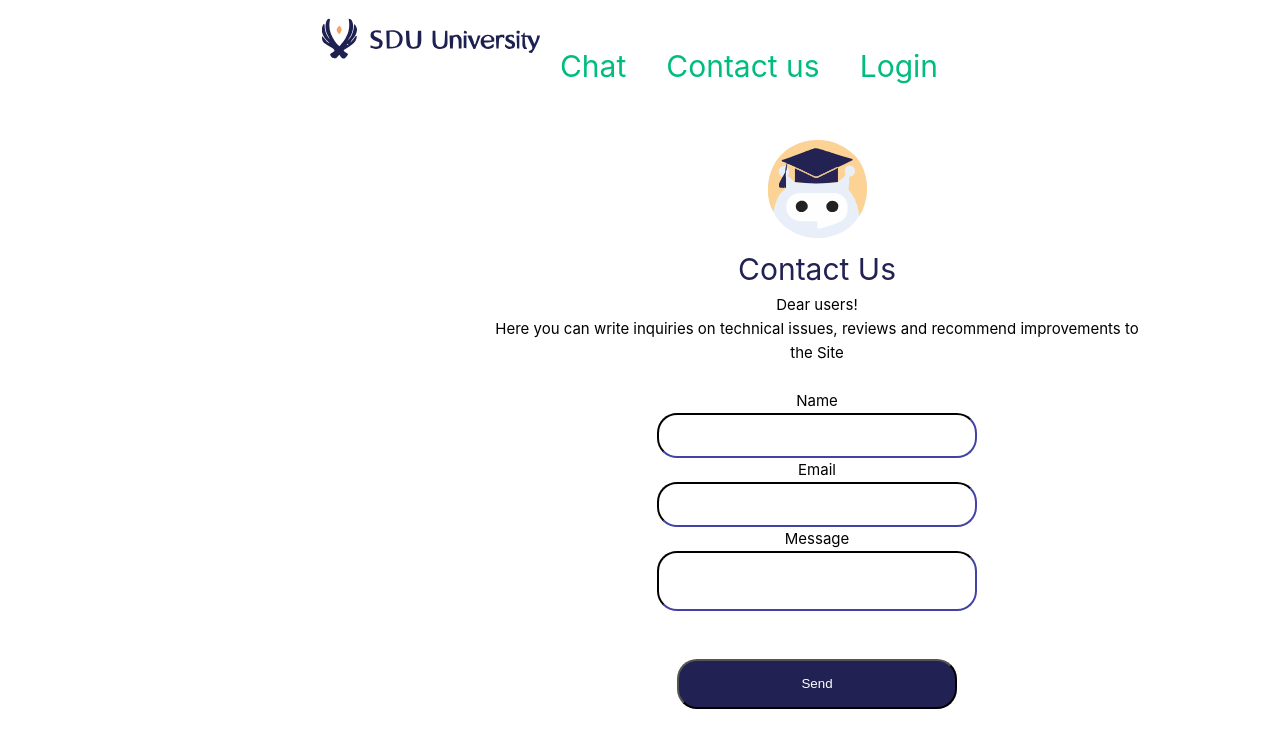
Repository: tolepbekova/Community_v.l
Page: /contact
These files come from the project's save history. The page is drawn as it stood at one moment and after the next save; the edit follows.
The browser window is 1280 px wide. The pictures show the whole page.
The project was rebuilt for these pictures with package versions that can differ from the ones it lists, and the page was loaded fresh each time. Also part of the build but not shown: vite.config.js, src/components/HelloWorld.vue, src/views/Login.vue. Imported but missing from the stored project, and not drawn on this page: src/views/Change.vue.

Above is the page before, as saved 2024-05-10 03:20:12.

### src/App.vue
<script setup>
import HelloWorld from './components/HelloWorld.vue'
import router from './router/index.js'
import './assets/base.css'
</script>

<template>
    <div id="app">
        <v-app id="header">
            <v-card color="grey lighten-4" flat height="100px" tile>
                <v-toolbar dense>

                    <a href="about.html"><img class="logo" src="../src/assets/logo/log.svg"></a>

                    <v-spacer></v-spacer>

                    <span><router-link to="/getstart">Chat</router-link></span>
                        <span><router-link to="/contact">Contact us</router-link></span>
                        <span><router-link to="/auth">Login</router-link></span>


                </v-toolbar>
            </v-card>
        </v-app>
         <router-view />
    </div>

</template>

<style>
#app {
    display: flex;

}

#header {
    display: flex;
    width: 100%;
    flex-direction: column;
    align-items: center;
    justify-content: space-between;
    position: fixed;
    margin-left: 0px;
    margin-right: 0px;
    margin-top: 0px;
}

#header img {
    width: 218px;
    height: 77px;
}

#navbar {
    display: flex;
    align-items: center;
    justify-content: center;
}
span  {
    list-style: none;
    padding: 0 20px;
    text-decoration: none;
    font-size: 30px;
    color: rgba(33, 33, 83, 1);
    transition: 0.3s ease;
}

#navbar li :hover {
    color: rgb(237, 237, 167);
}
</style>

### src/router/index.js
import Vue from 'vue'
import VueRouter from 'vue-router'
import Login from '../views/Login.vue'

Vue.use(VueRouter)

const router = new VueRouter({
  mode: 'history',
  base: import.meta.env.BASE_URL,
  routes: [
    {
      path: '/login',
      name: 'login',
      component: Login
    },
    {
      path: '/getstart',
      name: 'getstart',
      // route level code-splitting
      // this generates a separate chunk (About.[hash].js) for this route
      // which is lazy-loaded when the route is visited.
      component: () => import('../views/AboutView.vue')
    },
    {
      path: '/home',
      name: 'Home',
      // route level code-splitting
      // this generates a separate chunk (About.[hash].js) for this route
      // which is lazy-loaded when the route is visited.
      component: () => import('../views/About.vue')
    },
    {
      path: '/sign',
      name: 'signin',
      component: () => import('../views/Signin.vue')
    },
    {
      path: '/contact',
      name: 'contact',
      component: () => import('../views/Contact.vue')
    },
    {
      path: '/auth',
      name: 'auth',
      component: () => import('../views/Auth.vue')
    },
    {
      path: '/change',
      name: 'change',
      component: () => import('../views/Change.vue')
    },
    {
      path: '/auth',
      name: 'auth',
      component: () => import('../views/Auth.vue')
    },

  ]
})

export default router

### src/assets/main.css
@import "./base.css";

#app {

  font-weight: normal;
}

a,
.green {
  text-decoration: none;
  color: hsla(160, 100%, 37%, 1);
  transition: 0.4s;
}

@media (hover: hover) {
  a:hover {
    background-color: hsla(160, 100%, 37%, 0.2);
  }
}

@media (min-width: 1024px) {
  body {
    display: flex;
    place-items: center;
  }

  #app {
    display: grid;
    grid-template-columns: 1fr 1fr;
    padding: 0 2rem;
  }
}

### src/assets/base.css
/* color palette from <https://github.com/vuejs/theme> */
:root {
  --vt-c-white: #ffffff;
  --vt-c-white-soft: #f8f8f8;
  --vt-c-white-mute: #f2f2f2;

  --vt-c-black: #181818;
  --vt-c-black-soft: #222222;
  --vt-c-black-mute: #282828;

  --vt-c-indigo: #2c3e50;

  --vt-c-divider-light-1: rgba(60, 60, 60, 0.29);
  --vt-c-divider-light-2: rgba(60, 60, 60, 0.12);
  --vt-c-divider-dadarkrk-1: rgba(84, 84, 84, 0.65);
  --vt-c-divider-dark-2: rgba(84, 84, 84, 0.48);

  --vt-c-text-light-1: var(--vt-c-indigo);
  --vt-c-text-light-2: rgba(60, 60, 60, 0.66);
  --vt-c-text-dark-1: var(--vt-c-white);
  --vt-c-text-dark-2: rgba(235, 235, 235, 0.64);
}

/* semantic color variables for this project */
:root {
  --color-background: var(--vt-c-white);
  --color-background-soft: var(--vt-c-white-soft);
  --color-background-mute: var(--vt-c-white-mute);

  --color-border: var(--vt-c-divider-light-2);
  --color-border-hover: var(--vt-c-divider-light-1);

  --color-heading: var(--vt-c-text-light-1);
  --color-text: var(--vt-c-text-light-1);

  --section-gap: 160px;
}

@media (prefers-color-scheme: dark) {
  :root {
    --color-background: var(--vt-c-black);
    --color-background-soft: var(--vt-c-black-soft);
    --color-background-mute: var(--vt-c-black-mute);

    --color-border: var(--vt-c-divider-dark-2);
    --color-border-hover: var(--vt-c-divider-dark-1);

    --color-heading: var(--vt-c-text-dark-1);
    --color-text: var(--vt-c-text-dark-2);
  }
}

*,
*::before,
*::after {
  box-sizing: border-box;
  margin: 0;
  position: relative;
  font-weight: normal;
}
html{
  padding: 0;
  margin: 0;
}
body {
  min-height: 10vh;
  padding: 0;
  margin: 0;
  transition: color 0.5s, background-color 0.5s;
  line-height: 1.6;
  font-family: Inter, -apple-system, BlinkMacSystemFont, 'Segoe UI', Roboto, Oxygen, Ubuntu,
    Cantarell, 'Fira Sans', 'Droid Sans', 'Helvetica Neue', sans-serif;
  font-size: 15px;
  text-rendering: optimizeLegibility;
  -webkit-font-smoothing: antialiased;
  -moz-osx-font-smoothing: grayscale;
}

### src/views/Contact.vue
<template>
    <div>
        <br><br><br>
        <div class="abrow">
            <br>
            <br>
            <div class="abcolu">
                <img src="../assets/logo/finalicon13_1.svg" alt="">
            </div>
            <div class="abcolu">
                <h1>Contact Us</h1>
                <div class="abp">
                    <p>Dear users!</p>
                    <p>Here you can write inquiries on technical issues, reviews and recommend improvements to the Site
                    </p>
                    <br>
                </div>
                <div class="inputs">
                    <form id="contactForm">
                        <label for="name">Name</label>
                        <br>
                        <input type="text" name="name" id="name" placeholder="">
                        <br>
                        <label for="mail">Email</label>
                        <br>
                        <input type="email" name="mail" id="mail" placeholder="">
                        <br>
                        <label for="message">Message</label>
                        <br>
                        <input type="text" name="message" id="message">
                        <br><br><br>
                        <button class="btn" @click="sendMessage">Send</button>
                    </form>
                </div>
            </div>
        </div>
    </div>
</template>

<script>
export default {
    name: 'HeaderSection' // You can name it as per your requirement
}
</script>

<style scoped>
h1 {
    color: rgba(33, 33, 83, 1);
}

#header {
    display: flex;
    align-items: center;
    justify-content: space-around;
    padding: 20px 80px;

}

#header img {
    width: 218px;
    height: 77px;
}

#navbar {
    display: flex;
    align-items: center;
    justify-content: center;
}

#navbar li {
    list-style: none;
    padding: 0 20px;
}

#navbar li a {
    text-decoration: none;
    font-size: 30px;
    color: rgba(33, 33, 83, 1);
    transition: 0.3s ease;
}

#navnar li a:hover {
    color: rgb(237, 237, 167);
}

.abrow {
    margin: 20px auto;
    display: block;
    text-align: center;
    margin-left: 450px;
}

.abcolu {
    margin: 0 auto;
    display: block;
    text-align: center;
}

img {
    max-width: 99px;
    max-height: 99px;
}

.abp {
    margin: 0 auto;
    display: block;
    width: 670px;
}

.icon {
    width: 24px;
    height: 24px;
}

.btn {
    background-color: rgba(33, 33, 83, 1);
    border-radius: 20px;
    width: 280px;
    height: 50px;
    color: #ffffff;
}

input {
    border-radius: 20px;
    width: 320px;
    height: 45px;
    border-color: rgba(33, 33, 83, 1);
}

a {
    color: gold;
}

.lbtn1 {
    margin: 0 auto;
    display: block;
    width: 266px;
    height: 48px;
    border-radius: 30px;
    color: rgba(33, 33, 83, 1);
    background-color: rgba(253, 211, 149, 1);
    border: none;
    font-size: 15px;
    font-family: Cambria, Cochin, Georgia, Times, 'Times New Roman', serif;
    font-weight: bold;

}

.lbtn2 {
    margin: 0 auto;
    display: block;
    width: 266px;
    height: 48px;
    border-radius: 30px;
    color: rgba(33, 33, 83, 1);
    background-color: rgba(253, 211, 149, 1);
    border: none;
    font-size: 15px;
    font-family: Cambria, Cochin, Georgia, Times, 'Times New Roman', serif;
    font-weight: bold;

}
#message {
    height: 60px;
}
</style>

Loaded but not shown: index.html (common file); src/main.js (common file)

After the next save:
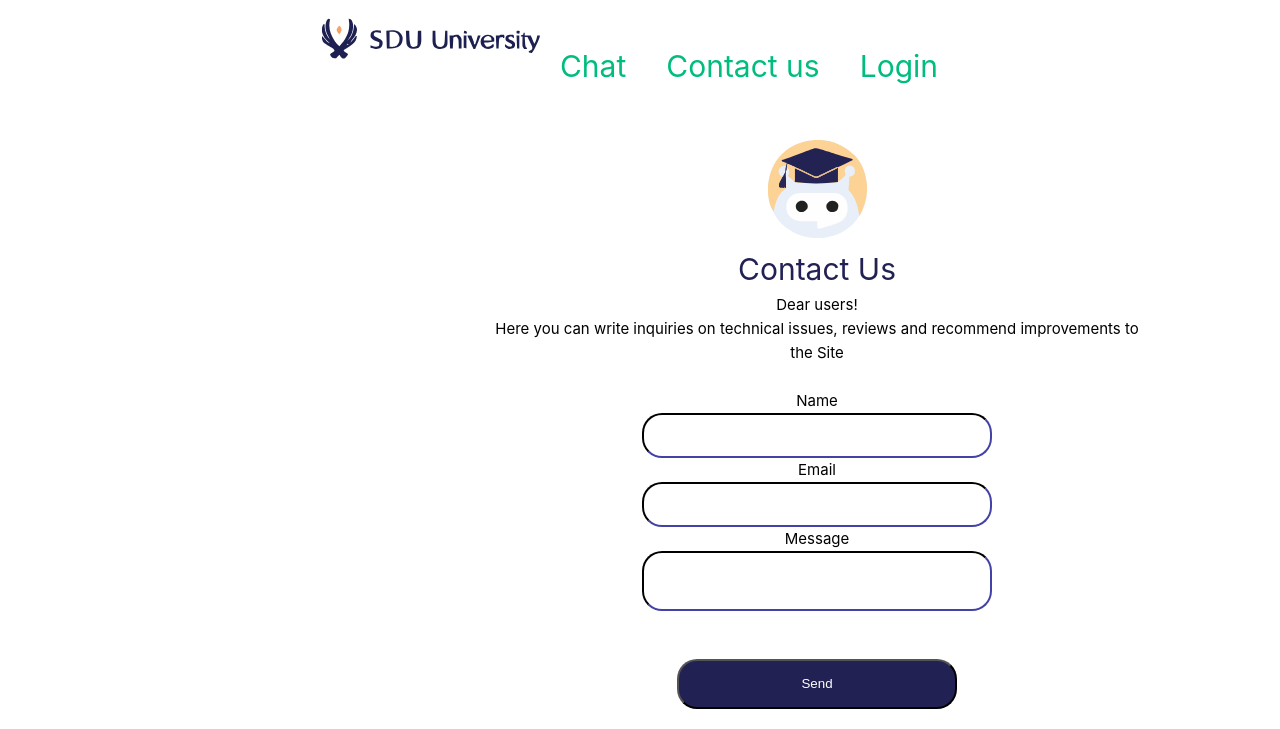
Saved 60 s later.
--- a/src/views/Contact.vue
+++ b/src/views/Contact.vue
@@ -122,7 +122,7 @@ img {
 
 input {
     border-radius: 20px;
-    width: 320px;
+    width: 350px;
     height: 45px;
     border-color: rgba(33, 33, 83, 1);
 }
